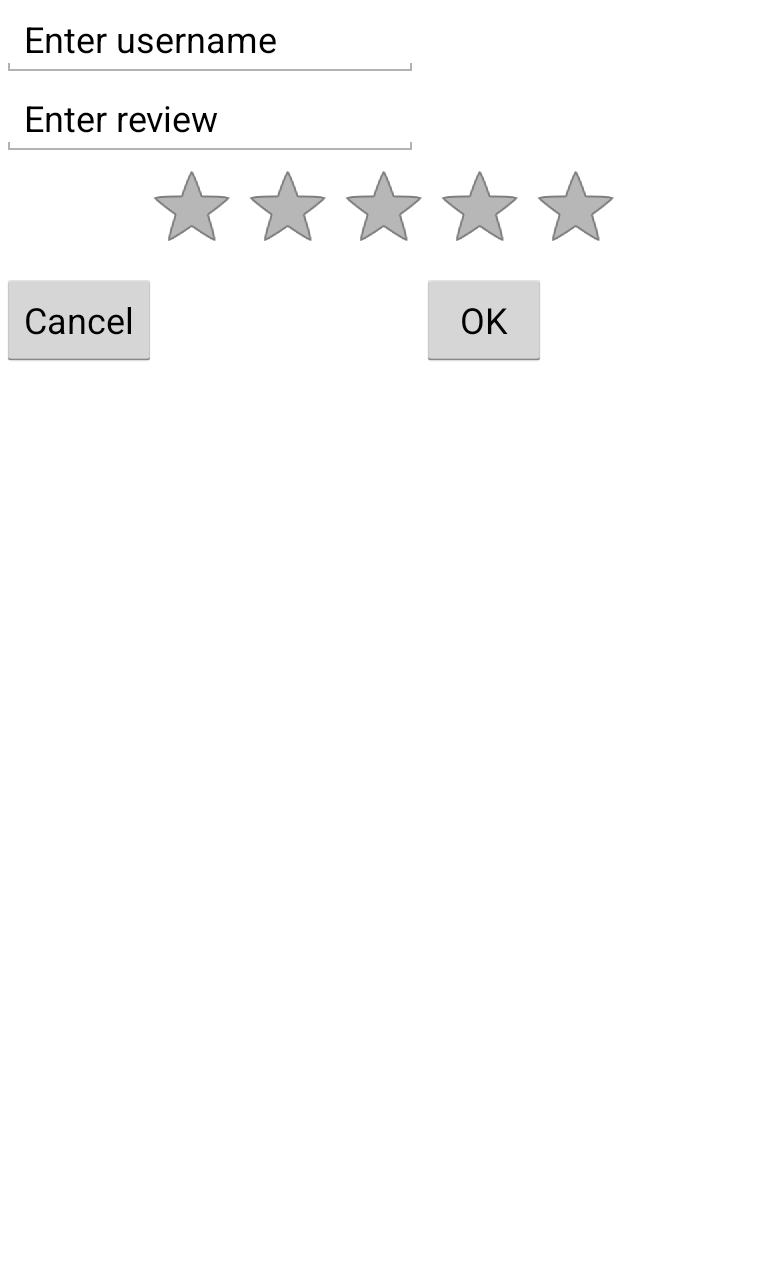
Repository: yash256/atnt
Layout: WNY Farm Fresh/res/layout/dialog.xml
An editor plug-in stored every save of this project. The layout is shown before and after the next save, followed by the edit.
It is drawn on a 768 x 1280 px phone screen (xhdpi) without system bars, with theme AppTheme; the app's code is not run.

Above is the layout before, as saved 2014-11-10 20:52:36.

After the next save:
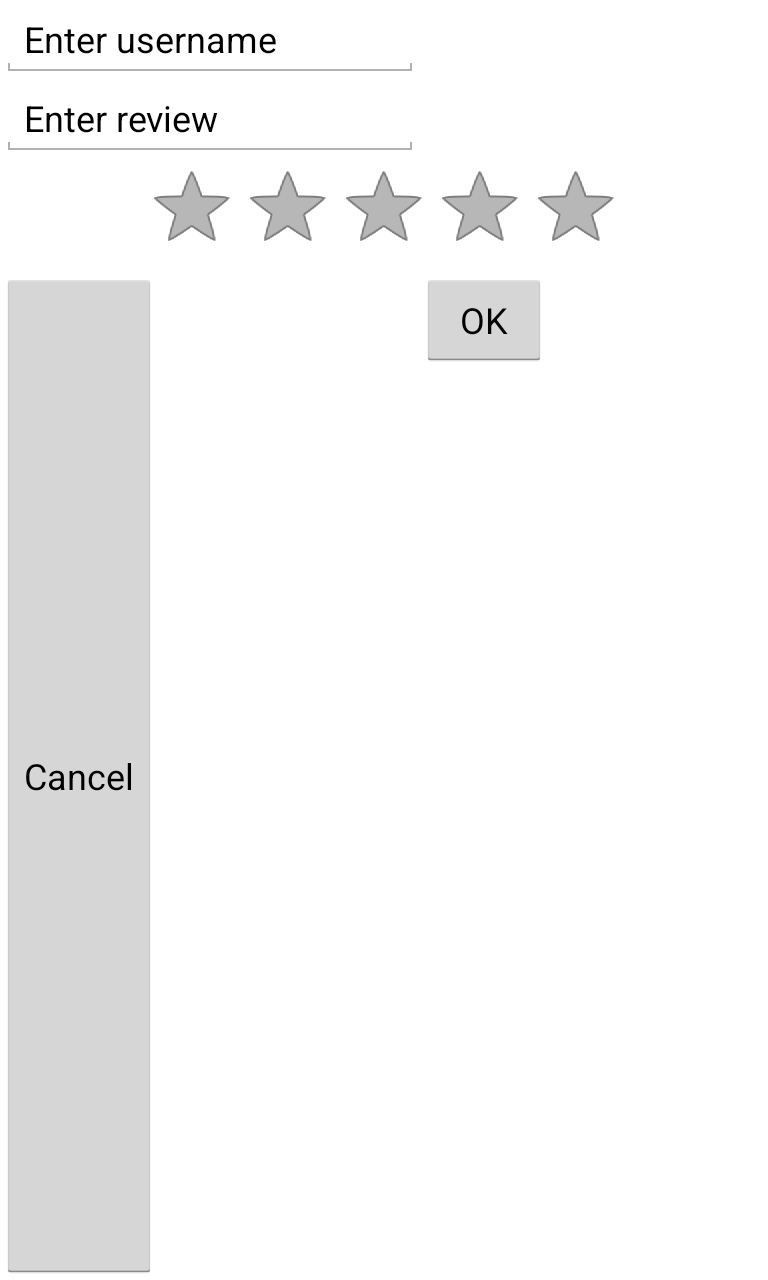
Saved 14 s later.
--- a/WNY Farm Fresh/res/layout/dialog.xml
+++ b/WNY Farm Fresh/res/layout/dialog.xml
@@ -39,7 +39,7 @@
         android:text="@string/cancel"
          android:layout_column="1"
 		android:layout_columnSpan="4"
-        android:layout_gravity="left"
+        android:layout_gravity="fill"
         android:layout_row="3"
         />
 

After the save that followed:
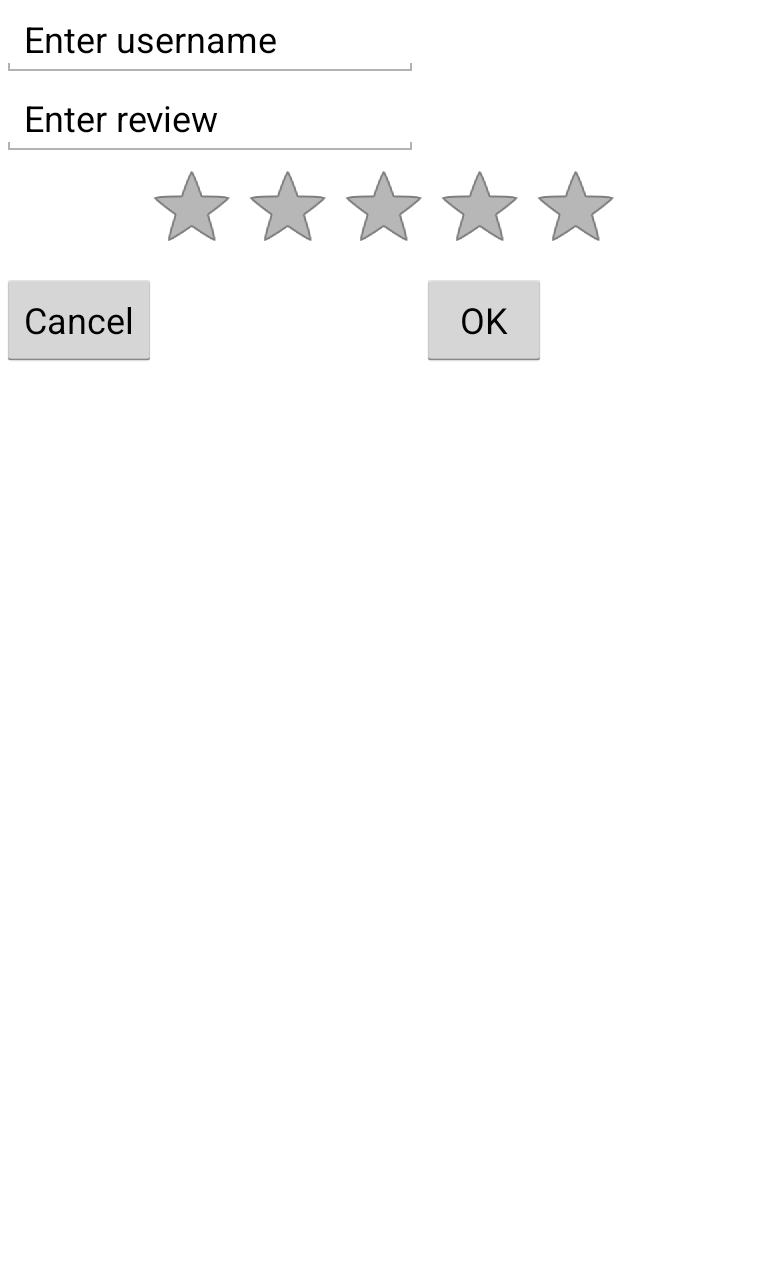
Saved 10 s later.
--- a/WNY Farm Fresh/res/layout/dialog.xml
+++ b/WNY Farm Fresh/res/layout/dialog.xml
@@ -39,7 +39,7 @@
         android:text="@string/cancel"
          android:layout_column="1"
 		android:layout_columnSpan="4"
-        android:layout_gravity="fill"
+        android:layout_gravity="fill_horizontal"
         android:layout_row="3"
         />
 
